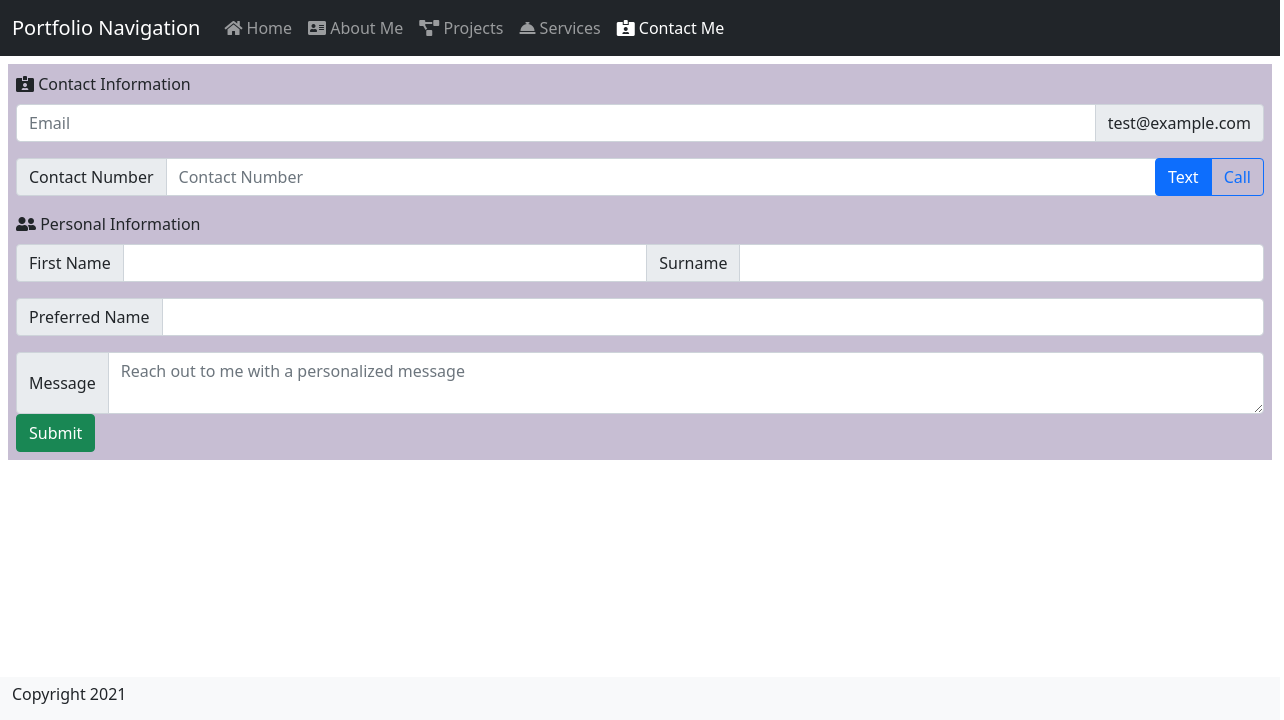
Repository: GarlicButterBoy/Portfolio
Page: contact.html
An editor plug-in stored every save of this project. The page is shown before and after a run of saves, followed by the edit.
The browser window is 1280 px wide. The page is 1284 px wide, so the pictures cover 1284 px, including what lies to the right of the window. The pictures show the whole page.

Above is the page before, as saved 2021-06-09 13:23:05.

After the next 2 saves:
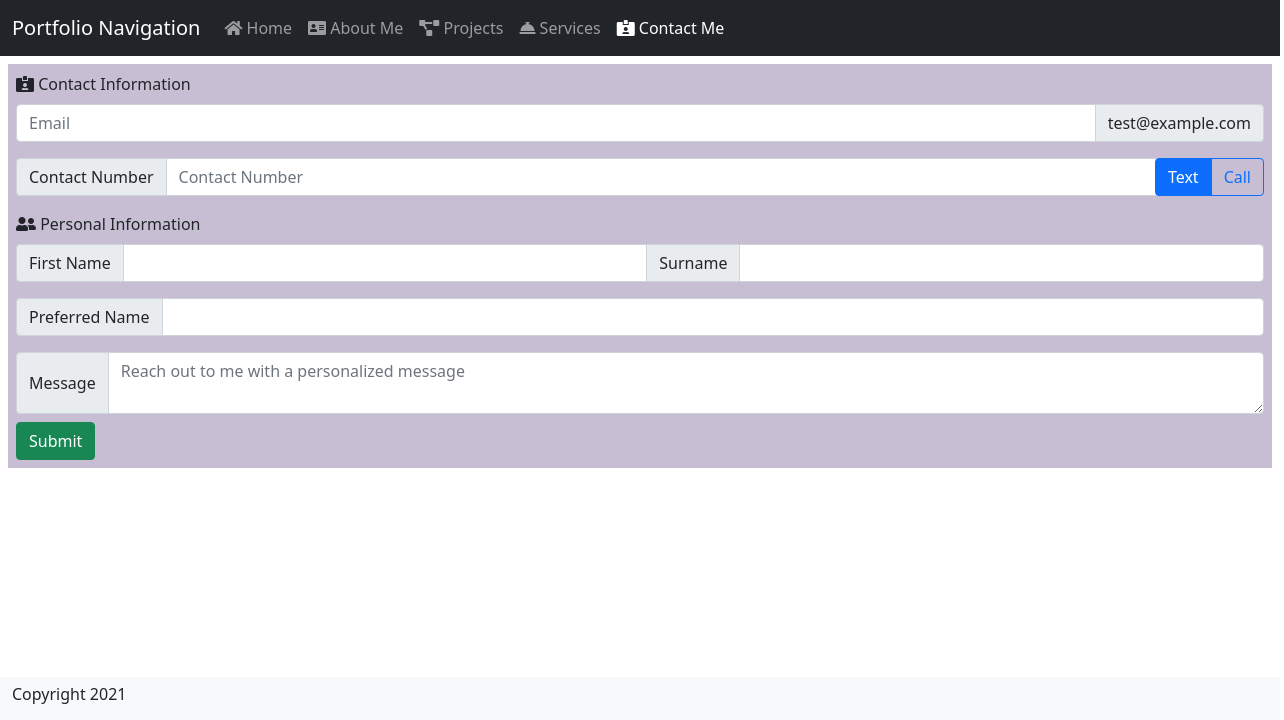
The 2 saves are shown as one change because they came seconds apart.
The last was saved 23 s later.
--- a/contact.html
+++ b/contact.html
@@ -74,7 +74,7 @@
                 <span class="input-group-text">Message</span>
                 <textarea class="form-control" placeholder="Reach out to me with a personalized message" aria-label="Message"></textarea>
               </div>
-              <button class="btn btn-success" id="submitButton">Submit</button>
+              <button class="btn btn-success mt-2" id="submitButton">Submit</button>
             </div>
           </div>
         </div>
